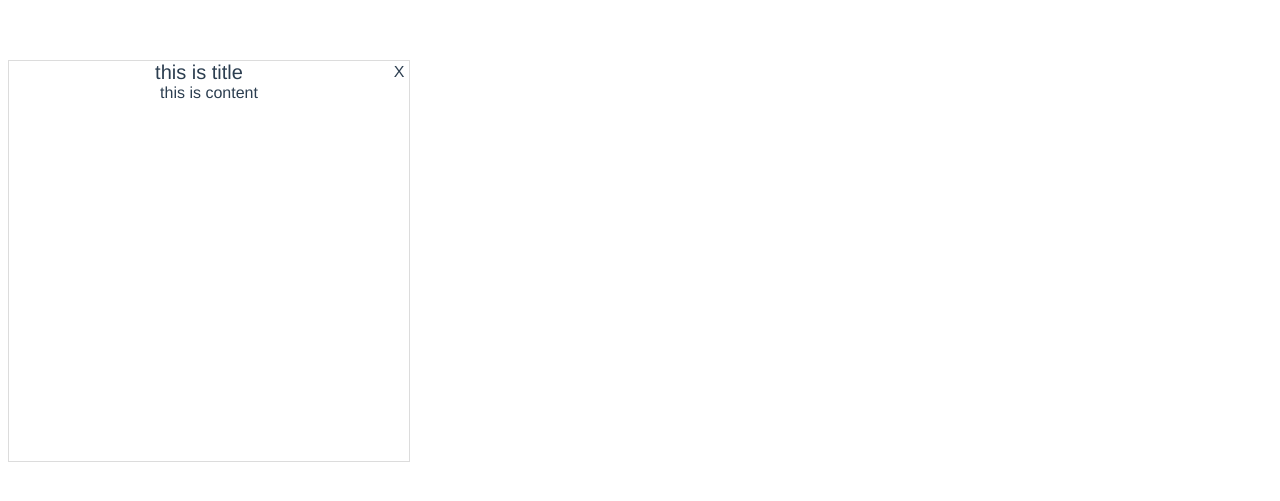
Repository: iulucky6/yf_messageBox
Page: /
These files come from the project's save history. The page is drawn as it stood at one moment and after the next save; the edit follows.
The browser window is 1280 px wide. The pictures show the whole page.
The project was rebuilt for these pictures with package versions that can differ from the ones it lists, and the page was loaded fresh each time. Also part of the build but not shown: src/components/HelloWorld.vue.

Above is the page before, as saved 2023-09-14 10:49:28.

### index.html
<!DOCTYPE html>
<html>
  <head>
    <meta charset="utf-8">
    <meta name="viewport" content="width=device-width,initial-scale=1.0">
    <title>v</title>
  </head>
  <body>
    <div id="app"></div>
    <!-- built files will be auto injected -->
  </body>
</html>

### src/main.js
// The Vue build version to load with the `import` command
// (runtime-only or standalone) has been set in webpack.base.conf with an alias.
import Vue from 'vue'
import App from './App'
// 引入配置文件
import router from './router'

Vue.config.productionTip = false

/* eslint-disable no-new */
new Vue({
  el: '#app',
  //注入
  router,
  components: { App },
  template: '<App/>'
})

### src/App.vue
<template>
  <div id="app">
    <!-- 决定路由组件配置，匹配到的组件会在这里渲染 -->
    <!-- <router-view/> -->
    <MessageBox></MessageBox>
  </div>
</template>

<script>
import { MessageBox } from "./components";
console.log(MessageBox,"MessageBox");

export default {
  name: "App",
  components:{
    MessageBox
  }
};
</script>

<style>
#app {
  font-family: "Avenir", Helvetica, Arial, sans-serif;
  -webkit-font-smoothing: antialiased;
  -moz-osx-font-smoothing: grayscale;
  text-align: center;
  color: #2c3e50;
  margin-top: 60px;
}
</style>

### src/router/index.js
// 1、引入路由
import Vue from 'vue'
import Router from 'vue-router'

// 2、启用路由
Vue.use(Router)

// 3、创建并导出路由
export default new Router({
  mode:'hash',
  routes: [
    {
      path: '/',
      name: 'HelloWorld',
      component: () => import("@/components/HelloWorld.vue")
    },
    {
      path:'/about',
      name:'About',
      component:()=>import("@/components/About.vue")
    }
  ]
})

### src/components/index.js
import MessageBox from "./MessageBox";

export {
    MessageBox
}

### src/components/MessageBox/index.js
import MessageBox from './index.vue'

export default MessageBox;

### src/components/MessageBox/index.vue
<template>
  <div :class="['boxStyle',type]">
    <div class="inner">
      <header class="header">
         <div class="title">{{title}}</div>
         <span class="close">X</span>
      </header>

      <div class="content">{{content}}</div>

    </div>
  </div>
</template>

<script>
export default {
  name: "MessageBox",
  props:{
    title:{
      type:String,
      default:'this is title'
    },
    content:{
      type:String,
      default:'this is content'
    },
    type:{
      type:String,
      default:'primary',
      //vue语法，校验传入参数合法性，返回true/false，返回false则警告
      validator (value){
        [
          'primary',
          'success',
          'warn',
          'danger'
        ].includes(value);
      }
    }
  }
};
</script>

<style>
.boxStyle {
  border: 1px solid gainsboro;
  width: 400px;
  height: 400px;
}
.header{
  display: flex;
  width: 100%;
  align-items: center;
}
.title{
  flex: 1;
  font-size: 20px;
}
.close{
  width: 20px;
  height: 20px;
  display: inline-block;
}
</style>

After the next save:
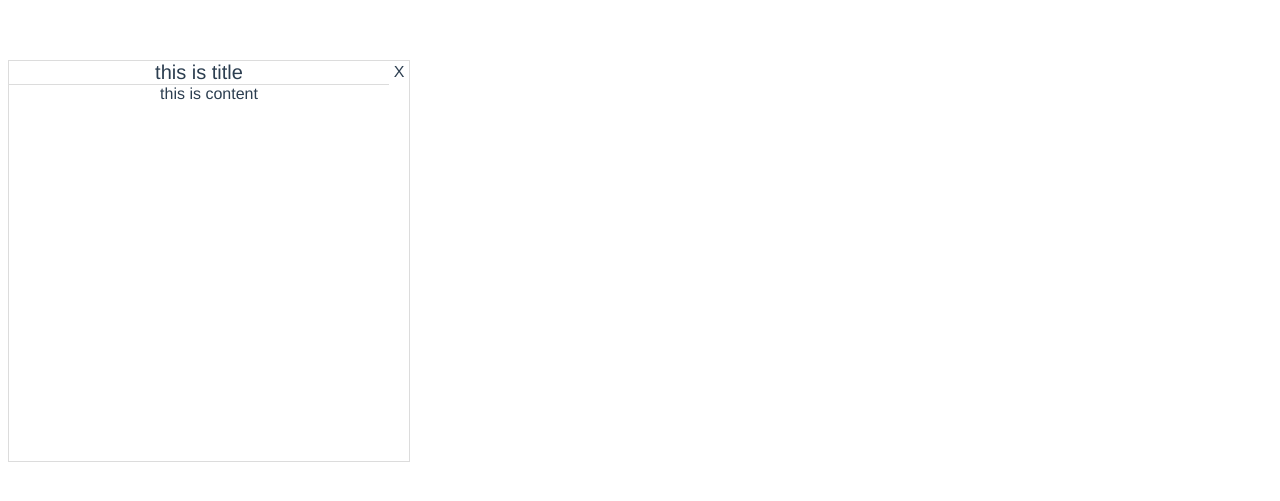
Saved 19 s later.
--- a/src/components/MessageBox/index.vue
+++ b/src/components/MessageBox/index.vue
@@ -55,6 +55,7 @@ export default {
 .title{
   flex: 1;
   font-size: 20px;
+  border-bottom: 1px solid gainsboro;
 }
 .close{
   width: 20px;
